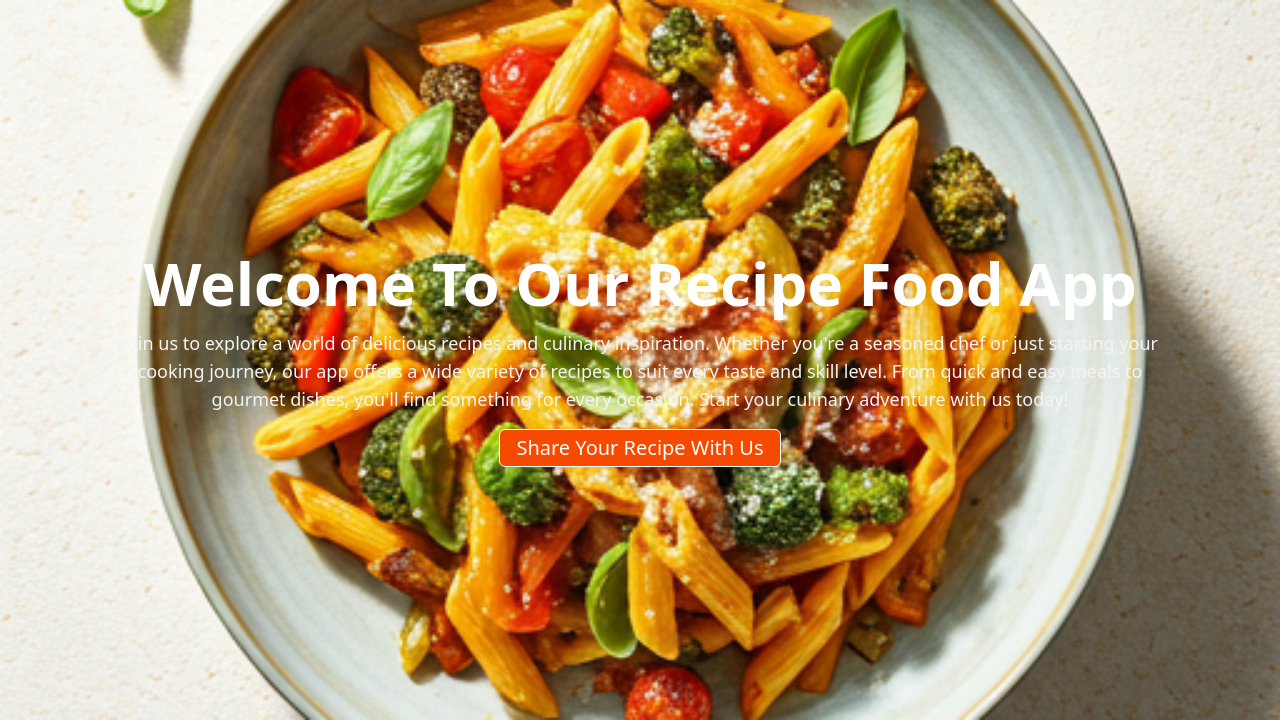
Repository: Eslam0Mohamed/mern-recipe-app
Page: / (app in FrontEnd/)
The author's editor kept a copy of each file at every save. The page is drawn from the files as they stood at one save, then again after the next save.
The browser window is 1280 px wide. The pictures show the whole page.
The project was rebuilt for these pictures with package versions that can differ from the ones it lists, and the page was loaded fresh each time. Also part of the build but not shown: FrontEnd/vite.config.js.

Above is the page before, as saved 2026-05-07 18:27:06.

After the next save:
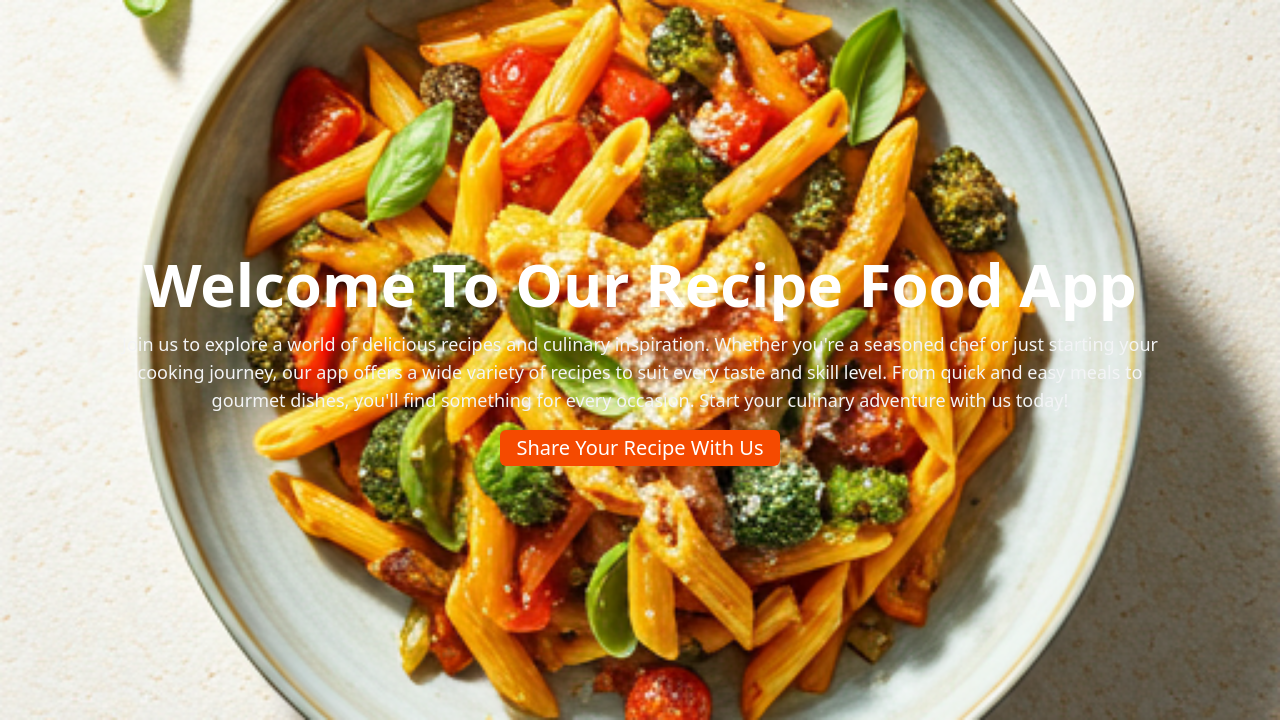
Saved 12 s later.
--- a/FrontEnd/src/pages/Home.jsx
+++ b/FrontEnd/src/pages/Home.jsx
@@ -6,7 +6,7 @@ function Home() {
       <div className='left container flex flex-col gap-4 text-center justify-center items-center' >
         <h1 className='text-white text-6xl font-semibold'>Welcome To Our Recipe Food App</h1>
         <p className='text-md text-gray-100 font-medium text-lg'> Join us to explore a world of delicious recipes and culinary inspiration. Whether you're a seasoned chef or just starting your cooking journey, our app offers a wide variety of recipes to suit every taste and skill level. From quick and easy meals to gourmet dishes, you'll find something for every occasion. Start your culinary adventure with us today!</p>
-      <button className='w-fit outline-none px-4 py-1  text-xl border cursor-pointer bg-orange-600 text-white transition-colors duration-300 rounded-md hover:bg-orange-700 hover:scale-105 '>Share Your Recipe With Us</button>
+      <button className='w-fit outline-none px-4 py-1  text-xl cursor-pointer bg-orange-600 text-white transition-colors duration-300 rounded-md hover:bg-orange-700 hover:scale-105 '>Share Your Recipe With Us</button>
       </div>
       {/* <div className='right'>
         <img src={""} alt="share your recipe" />
